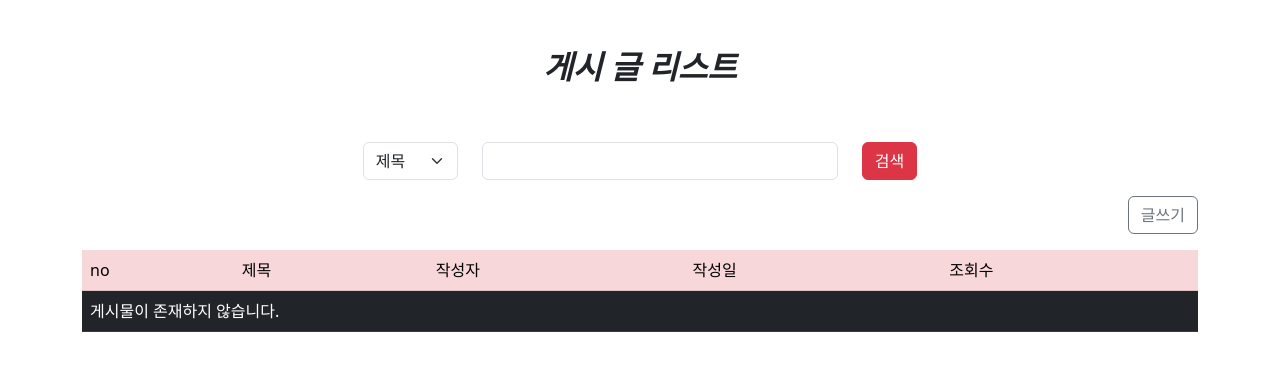
Repository: lopanghub/git_study
Page: http://localhost/JSPPracticech06/WEB-INF/board/boardList.jsp
These files come from the project's save history. The page is drawn as it stood at one moment and after the next save; the edit follows.
The browser window is 1280 px wide. The pictures show the whole page.
The page is served by Tomcat 9. Nobody is signed in. The template is opened directly, without the code that normally fills it, so the values that code supplies are empty.

Above is the page before, as saved 2024-04-09 07:24:11.

After the next save:
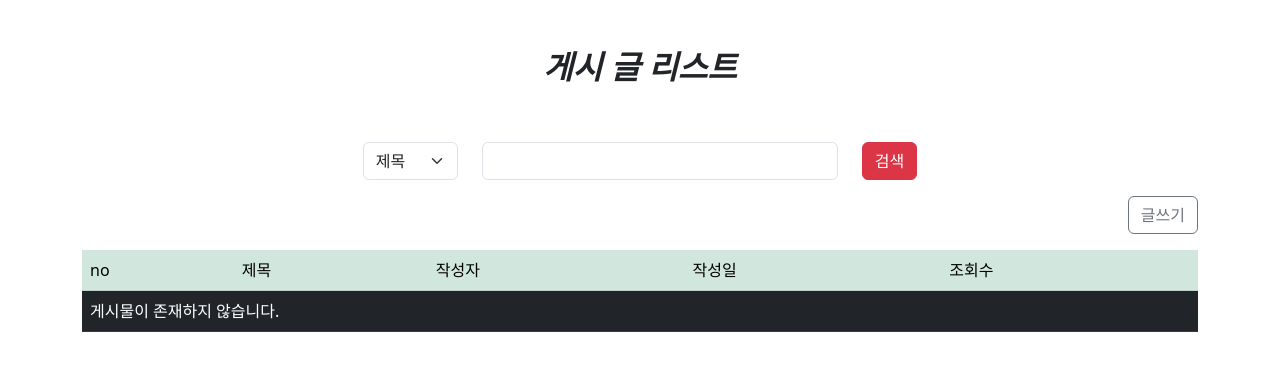
Saved 25 s later.
--- a/JSPStudy/JSPPracticech06/src/main/webapp/WEB-INF/board/boardList.jsp
+++ b/JSPStudy/JSPPracticech06/src/main/webapp/WEB-INF/board/boardList.jsp
@@ -55,7 +55,7 @@
 			<div class="col">
 				<table class="table table-hover">
 					<thead>
-						<tr class="table-danger">
+						<tr class="table-success">
 							<td>no</td>
 							<td>제목</td>
 							<td>작성자</td>
